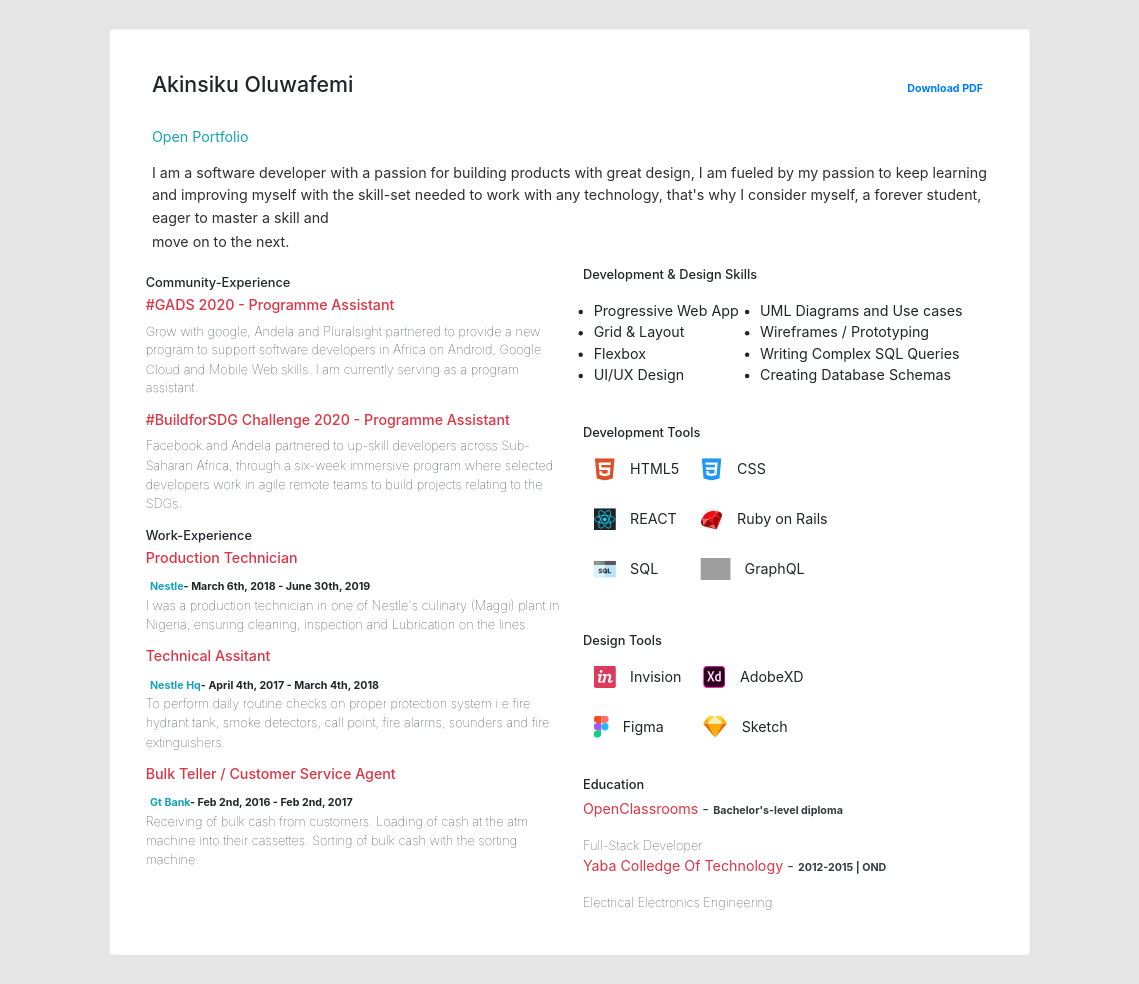
Repository: akinsikuoluwafemi/resume
Page: index.html
An editor plug-in stored every save of this project. The page is shown before and after a run of saves, followed by the edit.
The browser window is 1280 px wide. The pictures show the whole page, at 89% of full size.
Pictures or frames that could not be fetched are drawn as grey boxes. The style sheet was rebuilt from its Sass, Less or Tailwind sources for each picture, by a compiler version that may differ from the author's.

Above is the page before, as saved 2020-08-26 19:17:24.

### index.html
<!DOCTYPE html>
<html lang="en">

<head>
    <meta charset="UTF-8">
    <meta name="viewport" content="width=device-width, initial-scale=1.0">
    <meta http-equiv="X-UA-Compatible" content="ie=edge">
    <link rel="shortcut icon" type="image/png" href="./images/new-photo.png">

    <link rel="stylesheet" href="https://stackpath.bootstrapcdn.com/bootstrap/4.3.1/css/bootstrap.min.css" integrity="sha384-ggOyR0iXCbMQv3Xipma34MD+dH/1fQ784/j6cY/iJTQUOhcWr7x9JvoRxT2MZw1T"
        crossorigin="anonymous" />
    <link rel="stylesheet" href="./resume.css">

    <title>Akinsiku Oluwafemi - Software Developer</title>
</head>

<body>

   <div class="col-sm-12 col-lg-10 m-auto">
       <!--  -->
        <div class="p-c container border px-3 py-4 px-lg-5 py-lg-5 ">
            <header class="row">
                <div class="col d-flex align-items-center">
                    <h4 class="header__name mr-auto">Akinsiku Oluwafemi</h4>
                    <a href="./images/newresume.pdf" download="Femi_Akinsiku_resume.pdf" class="badge">Download PDF</a>
                </div>
            </header>
            <div class="row mt-4">
                <a href="https://femiakin.com/" target="_blank" class="col text-info">Open Portfolio</a>
            </div>

            <div class="row mt-3">
                <div class="col">
                    <p class="intro">I am a software developer with a passion for building products with great design, I am
                        fueled by my passion to keep learning and improving myself with the skill-set needed to work with
                        any
                        technology,
                        that's why I consider myself, a forever student, eager to master a skill and <br /> move on to the
                        next. </p>
                </div>
            </div>


            <div class="row">

                <div class="col col-lg-6 p-2  ">
                    <div>
                        <h5 class="item__header">Community-Experience</h5>

                        <h6 class="item__job text-danger">#GADS 2020 - Programme Assistant </h6>
                        <p class="item__description">Grow with google, Andela and Pluralsight partnered to provide a new
                            program to support
                            software developers in Africa on Android, Google Cloud and Mobile Web skills. I am currently
                            serving as a
                            program assistant.</p>

                    </div>

                    <div>



                        <h6 class="item__job text-danger">#BuildforSDG Challenge 2020 - Programme Assistant </h6>


                        <p class="item__description">Facebook and Andela partnered to up-skill developers across
                            Sub-Saharan
                            Africa,
                            through a six-week immersive program where selected developers work in agile remote
                            teams to build projects relating to the SDGs.
                        </p>

                    </div>




                    <!-- here -->
                    <div>
                        <h5 class="item__header">Work-Experience</h5>
                        <h6 class="item__job text-danger">Production Technician</h6>
                        <span class="badge"><span class="text-info">Nestle</span>- March 6th, 2018 - June 30th, 2019 </span>
                        <p class="item__description">I was a production technician in one of Nestle's culinary (Maggi)
                            plant in
                            Nigeria,
                            ensuring cleaning, inspection and Lubrication on the lines.</p>

                    </div>
                    <div>
                        <h6 class="item__job text-danger">Technical Assitant</h6>
                        <span class="badge"><span class="text-info">Nestle Hq</span>- April 4th, 2017 - March 4th, 2018</span>
                        <p class="item__description">To perform daily routine checks on proper protection system i.e fire
                            hydrant tank,
                            smoke detectors, call point, fire
                            alarms, sounders and fire extinguishers.
                        </p>

                    </div>
                    <div>
                        <h6 class="item__job text-danger">Bulk Teller / Customer Service Agent</h6>
                        <span class="badge"><span class="text-info">Gt Bank</span>- Feb 2nd, 2016 - Feb 2nd, 2017 </span>
                        <p class="item__description">Receiving of bulk cash from customers.
                            Loading of cash at the atm machine into their cassettes.
                            Sorting of bulk cash with the sorting machine.</p>

                    </div>
                    <!-- here2 -->


                </div>
                <div class="col col-lg-6 ">

                    <div>
                        <h5 class="item__header ">Development & Design Skills</h5>
                        <div class="d-flex ">
                            <ul class="list__item">
                                <li>Progressive Web App</li>
                                <li>Grid & Layout</li>
                                <li>Flexbox</li>
                                <li>UI/UX Design</li>


                            </ul>
                            <ul class="list__item">
                                <li>UML Diagrams and Use cases</li>
                                <li>Wireframes / Prototyping</li>
                                <li>Writing Complex SQL Queries</li>
                                <li>Creating Database Schemas</li>



                            </ul>
                        </div>


                    </div>

                    <div class="item__container">
                        <h5 class="item__header">Development Tools</h5>
                        <div class="d-flex ">
                            <ul class="list__item">
                                <div class="d-flex  mb-3">
                                    <img src="./images/html5.svg" />
                                    <p class="ml-3">HTML5</p>
                                </div>
                                <div class="d-flex  mb-3">
                                    <img src="./images/react-1.svg" />
                                    <p class="ml-3">REACT</p>
                                </div>
                                <div class="d-flex ">
                                    <img src="./images/sql.svg" />
                                    <p class="ml-3">SQL</p>
                                </div>

                            </ul>
                            <ul class="list__item ">
                                <div class="d-flex  mb-3">
                                    <img src="./images/css-3.svg" />
                                    <p class="ml-3">CSS</p>
                                </div>
                                <div class="d-flex  mb-3">
                                    <img src="./images/ruby.svg" />
                                    <p class="ml-3">Ruby on Rails</p>
                                </div>
                                <div class="d-flex ">
                                    <img src="./images/graphql-icon.svg" />
                                    <p class="ml-3">GraphQL</p>
                                </div>


                            </ul>
                        </div>


                    </div>

                    <!-- here -->

                    <div class="item__contain">
                        <h5 class="item__header">Design Tools</h5>
                        <div class="d-flex ">
                            <ul class="list__item">
                                <div class="d-flex mb-3">
                                    <img src="./images/invision.svg" />
                                    <p class="ml-3">Invision</p>
                                </div>
                                <div class="d-flex ">
                                    <img src="./images/figma-1.svg" />
                                    <p class="ml-3">Figma</p>
                                </div>

                            </ul>
                            <ul class="list__item ">
                                <div class="d-flex  mb-3 ">
                                    <img src="./images/adobe-xd-1.svg" />
                                    <p class="ml-3">AdobeXD</p>
                                </div>
                                <div class="d-flex ">
                                    <img src="./images/sketch-2.svg" />
                                    <p class="ml-3">Sketch</p>
                                </div>


                            </ul>
                        </div>


                    </div>
                    <div class="edu">
                        <h5 class="item__header">Education</h5>
                        <p paragraph><a href="https://www.francecompetences.fr/recherche/rncp/27099/" class="text-danger text-info">OpenClassrooms
                            <span class="text-dark">-</span><span class="badge text-dark">Bachelor's-level diploma</span></a></p>

                        <span class="item__description "><a style="color: #212529" href="https://openclassrooms.com/en/paths/104-full-stack-developer">Full-Stack Developer</a></span>

                        <p class="text-danger paragraph pt-2">Yaba Colledge Of Technology <span class="text-dark">-</span><span class="badge text-dark">2012-2015
                                | OND</span></p>
                        <span class="item__description ">Electrical Electronics Engineering</span>


                    </div>



                </div>

            </div>


        </div>

        <!--  -->
   </div>










    <script src="https://code.jquery.com/jquery-3.3.1.slim.min.js" integrity="sha384-q8i/X+965DzO0rT7abK41JStQIAqVgRVzpbzo5smXKp4YfRvH+8abtTE1Pi6jizo"
        crossorigin="anonymous"></script>
    <script src="https://cdnjs.cloudflare.com/ajax/libs/popper.js/1.14.7/umd/popper.min.js" integrity="sha384-UO2eT0CpHqdSJQ6hJty5KVphtPhzWj9WO1clHTMGa3JDZwrnQq4sF86dIHNDz0W1"
        crossorigin="anonymous"></script>
    <script src="https://stackpath.bootstrapcdn.com/bootstrap/4.3.1/js/bootstrap.min.js" integrity="sha384-JjSmVgyd0p3pXB1rRibZUAYoIIy6OrQ6VrjIEaFf/nJGzIxFDsf4x0xIM+B07jRM"
        crossorigin="anonymous"></script>
</body>

</html>

### resume.scss


body {
    background-color: #E5E5E5;

    -webkit-font-smoothing: antialiased;
  -moz-osx-font-smoothing: grayscale;
}

.container {
    margin: 2rem auto;
    background-color: white;
    border-radius: .3rem;
}

.intro {
    font-size: 1rem;
    color: rgba(0,0,0,0.82);
    line-height: 1.6rem;
}


.text-info:hover{
    text-decoration: none;
}

img {
    height: 25px;
}



.item {

     &__contain {
        margin-bottom: 0rem;
        // background: red;
    }

    &__container {
        margin: 1rem 0!important;
    }

    &__dev {
         font-size: .9rem;
        margin-bottom: 1rem;
    }

    &__header {
        font-size: .9rem;
        margin-bottom: .5rem;
    }

    &__description {
        font-weight: 100;
        font-size: .9rem;
    }

}


.list__item {
    padding: 12px;
}

@media (max-width: 576px) {
    br {
        display: none;
    }
 }

 .paragraph {
   padding: 0!important;
 }

After the next 2 saves:
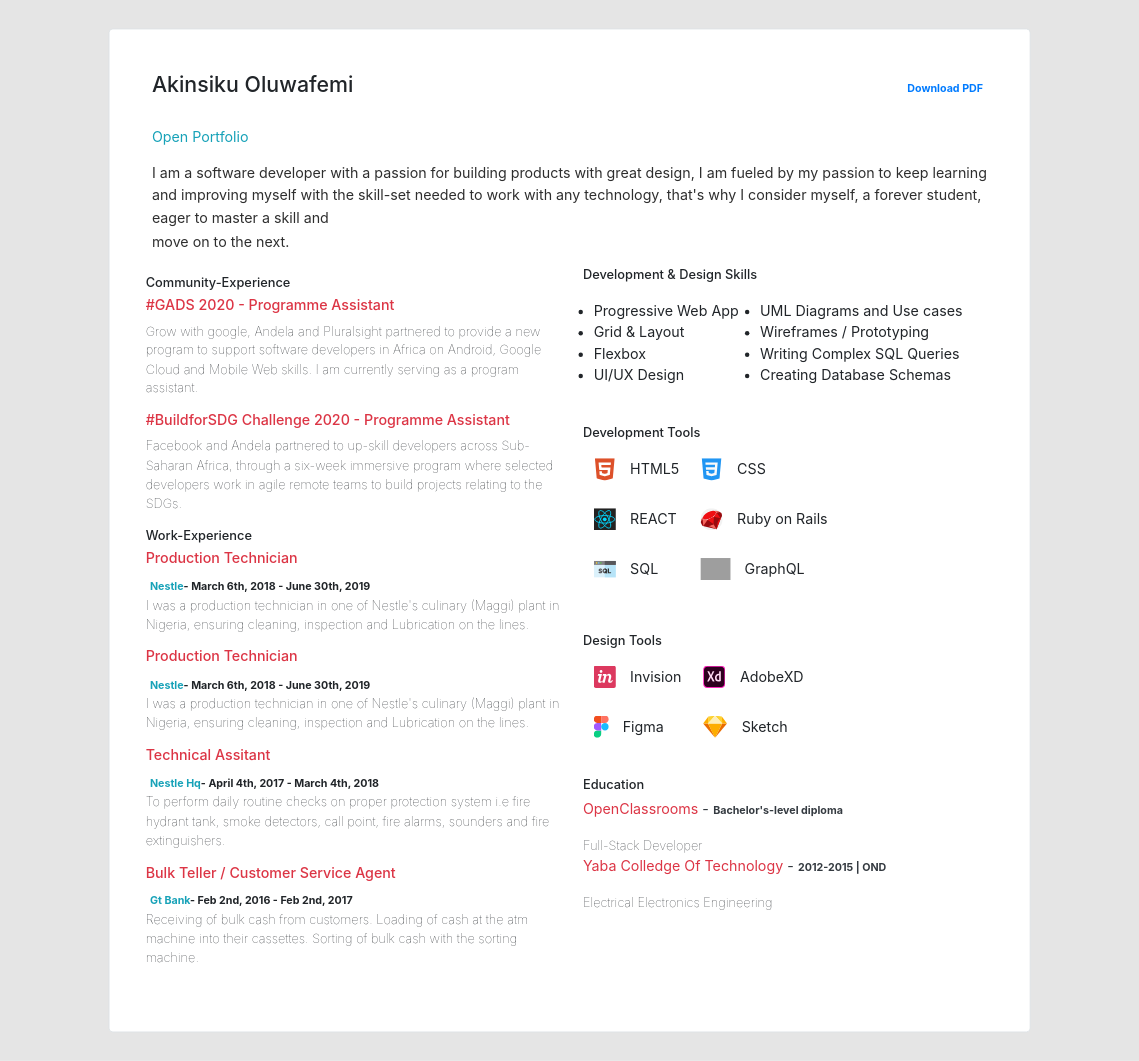
The 2 saves are shown as one change because they came seconds apart.
The last was saved 67 s later.
--- a/index.html
+++ b/index.html
@@ -87,6 +87,15 @@
 
                     </div>
                     <div>
+                        <h6 class="item__job text-danger">Production Technician</h6>
+                        <span class="badge"><span class="text-info">Nestle</span>- March 6th, 2018 - June 30th, 2019 </span>
+                        <p class="item__description">I was a production technician in one of Nestle's culinary (Maggi)
+                            plant in
+                            Nigeria,
+                            ensuring cleaning, inspection and Lubrication on the lines.</p>
+
+                    </div>
+                    <div>
                         <h6 class="item__job text-danger">Technical Assitant</h6>
                         <span class="badge"><span class="text-info">Nestle Hq</span>- April 4th, 2017 - March 4th, 2018</span>
                         <p class="item__description">To perform daily routine checks on proper protection system i.e fire
